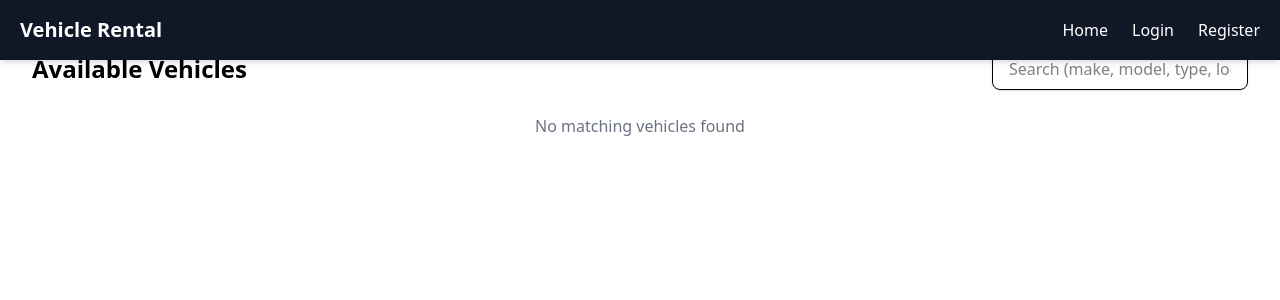
Repository: Sugan-g/vehicle-rental-system
Page: / (app in frontend/)
The author's editor kept a copy of each file at every save. The page is drawn from the files as they stood at one save, then again after the next save.
The browser window is 1280 px wide. The pictures show the whole page.
The page's requests for data from a server got no answer. The project was rebuilt for these pictures with package versions that can differ from the ones it lists, and the page was loaded fresh each time. No one was signed in, and anything a server would have sent is missing. Also part of the build but not shown: frontend/vite.config.js, frontend/src/components/VehicleCard.jsx, frontend/src/components/BookingForm.jsx, frontend/src/components/ReviewForm.jsx, frontend/src/pages/VehiclePage.jsx, frontend/src/pages/LoginPage.jsx, frontend/src/pages/RegisterPage.jsx, frontend/src/pages/RentalHistoryPage.jsx and 7 more.

Above is the page before, as saved 2025-11-17 10:56:36.

After the next save:
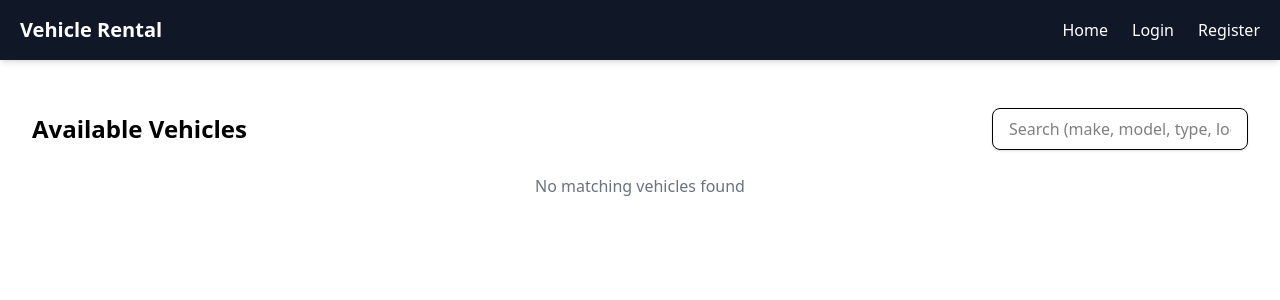
Saved 5 s later.
--- a/frontend/src/pages/HomePage.jsx
+++ b/frontend/src/pages/HomePage.jsx
@@ -49,7 +49,7 @@ export default function HomePage() {
     }
 
     return (
-        <div className="max-w-7xl mx-auto px-4 sm:px-6 lg:px-8 pt-8 pb-8 ">
+        <div className="max-w-7xl mx-auto px-4 sm:px-6 lg:px-8 pt-8 pb-8 mt-15">
 
             {/* Title + Search beside each other */}
             <div className="flex flex-col md:flex-row md:items-center md:justify-between pt-4 mb-6">
